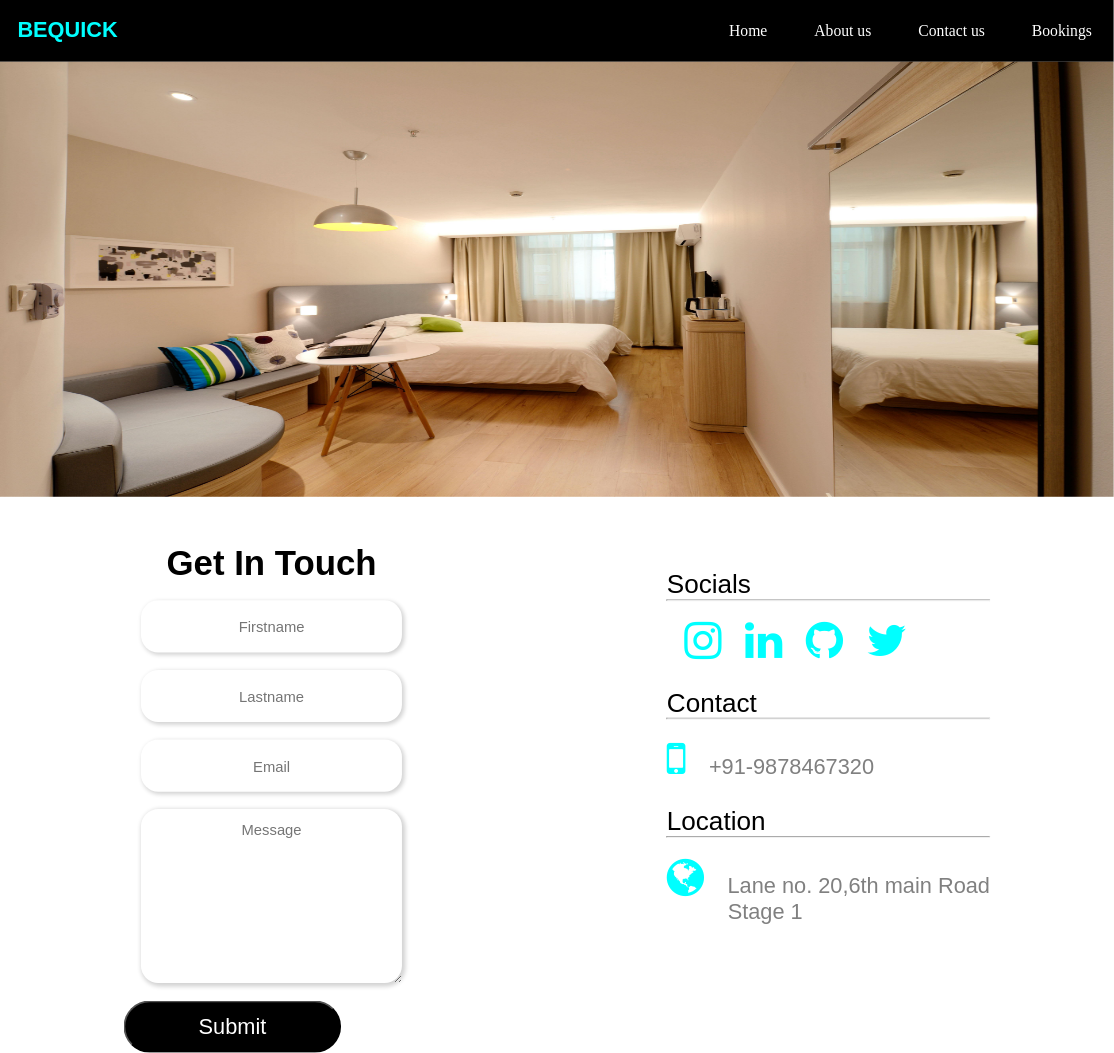
Repository: Ayushi6Sharma/BEQUICK_Hotel_Booking_Web
Page: about.html
An editor plug-in stored every save of this project. The page is shown before and after the next save, followed by the edit.
The browser window is 1280 px wide. The pictures show the whole page, at 87% of full size.

Above is the page before, as saved 2022-05-10 01:27:01.

### about.html
<!DOCTYPE html>
<html lang="en">
<head>
    <meta charset="UTF-8">
    <meta http-equiv="X-UA-Compatible" content="IE=edge">
    <meta name="viewport" content="width=device-width, initial-scale=1.0">
    <link rel="stylesheet" href="https://stackpath.bootstrapcdn.com/font-awesome/4.7.0/css/font-awesome.min.css" integrity="sha384-wvfXpqpZZVQGK6TAh5PVlGOfQNHSoD2xbE+QkPxCAFlNEevoEH3Sl0sibVcOQVnN" crossorigin="anonymous">
    <link rel="stylesheet" href="./style/style.css">
    <link rel="stylesheet" href="./style/aboutstyle.css">
    <title>About us</title>
</head>
<body>
    <main>
        <nav class="nav">
            <ul class="nav-list">
                <span class="logo">BEQUICK</span>
                <li><a href="#">Home</a></li>
                <li><a href="#">About us</a></li>
                <li><a href="#">Contact us</a></li>
                <li><a href="#">Bookings</a></li>
            </ul>
        </nav>
        <!-- section 1 -->
        <section>
            <div class="hotel-main-image">
                <!-- <div class="bookings-btn">Bookings</div> -->
                <img src="./images/hotel-img-2.jpg" class="hotel-img-2">
            </div>
        </section>
        <!-- section 2 -->
        <section>
            <div class="aboutflex">
                <div>
                    <div class="form-heading">Get In Touch</div>
                    <div class="contact-form">
                        <form action="#" method="POST">
                            <label for="firstname"></label>
                            <input type="text" name="firstname" id="firstname" placeholder="Firstname">
                            <label for="lastname"></label>
                            <input type="text" name="lastname" id="lastname"  placeholder="Lastname">
                            <label for="email"></label>
                            <input type="text" name="email" id="email"  placeholder="Email">
                            <label for="message"></label>
                            <textarea id="message" name="message" placeholder="Message"></textarea>
                            <button type="submit" class="submit">Submit</button>
                        </form>
                    </div>
                </div>
                <div class="address">
                    <div class="contact-info-heading">
                        Socials
                        <hr/>
                        <div class="about-social-contact">
                            <a href="#"><i class="fa fa-instagram fa-2x"></i></a>
                            <a href="#"><i class="fa fa-linkedin fa-2x"></i></a>
                            <a href="#"><i class="fa fa-github fa-2x"></i></a>
                            <a href="#"><i class="fa fa-twitter fa-2x"></i></a>
                        </div>
                    </div>
                    <div class="contact-info-heading">
                        Contact
                    <hr/>
                        <div class="about-contact">
                            <i class="fa fa-mobile fa-2x"></i>
                            <span class="about-contact-content">
                                +91-9878467320
                            </span>
                        </div>
                    </div>
                    <div class="contact-info-heading">
                        Location
                    <hr/>
                        <div class="about-Location">
                            <i class="fa fa-globe fa-2x"></i>
                            <span class="about-location-content">
                                Lane no. 20,6th main Road
                                <br/><span class="about-location-content-br">Stage 1
                            </span>
                        </div>
                    </div>
                </div>
            </div>
        </section>
    </main>
</body>
</html>

### style/style.css
*
{
    padding: 0px;
    margin: 0px;
    box-sizing: border-box;
}
/* nav */
.nav
{
    background-color: black;
}
.nav-list
{
    list-style-type:none;
    width: 100%;
    text-align: end;
}
.nav-list > li
{
    display: inline-block;
    padding: 25px;
    font-size: 18px;
}
.nav-list li a
{
    text-decoration: none;
    color:white;
}
.nav-list li a:hover
{
    color: aquamarine;
}
.logo
{
    padding: 20px;
    color:aqua;
    float: left;
    font-size: 25px;
    font-weight: bolder;
    font-family: sans-serif;
}
/* section 1 */
/* main image */
.hotel-img-2
{
    width: 100%;
    height:500px;
}
hotel-main-image
{
    position: relative;
}
/* .bookings-btn
{
    width:250px;
    height: 60px;
    background-color: black;
    color:white;
    border-radius: 40px;
    text-align: center;
    padding-top: 15px;
    font-size:25px;
    font-family: sans-serif;
    position: absolute;
} */

/* section 2 */
.flex1-container1
{
    display: flex;
    flex-direction: row;
    flex-wrap: wrap;
    margin-top: 40px;
    justify-content: space-around;
    align-content:space-around;
}
/* Facilities */
.section2-facilities
{
    text-align: center;
    margin-top:50px;
}
.main-facilities
{
    font-size: 60px;
    font-weight: bold;
    font-family: sans-serif;
}
.main-facilities-lower
{
    font-size: 30px;
    font-style: italic;
    color:grey;
}
.facilities
{
    width:300px;
    height:300px;
    text-align:center;
    border-radius: 40px;
    box-shadow: 3px 2px 10px 1px lightgrey;
}
.facilities i{
    margin-top: 25%;
    color:aqua;
}
.facilities-content
{   margin-top: 30px;
    font-size: 25px;
    font-family:sans-serif;
}
/* section 3 */
.about{
    margin-top: 50px;
    display: flex;
    flex-wrap: wrap;
    background-color:grey;
}
.about-image
{
    width:90%;
    height:400px;
}
.about-content-1
{
    font-size: 50px;
    font-weight: bold;
    font-family: sans-serif;
    color: white;
    font-style: italic;
    margin-top: 30px;
}
.about-content-2
{
    color:white;
    word-wrap: break-word;
    font-size: 20px;
    padding-top: 30px;
    margin-bottom: 20px;
}
.about-btn
{
    width:250px;
    height: 60px;
    background-color: aqua;
    color:white;
    border-radius: 40px;
    text-align: center;
    padding-top: 15px;
    font-size:25px;
    border: none;
    font-family: sans-serif;
    margin: auto;
}

/* section 4 */

.flex2-container2
{
    display: flex;
    justify-content: space-around;
    margin-top: 100px;
    text-align: center;
    align-content:space-around;
    flex-wrap: wrap;
}
.location
{
    width:300px;
    height:300px;
    text-align:center;
    border-radius: 40px;
    box-shadow: 3px 2px 10px 1px lightgrey;
}
.location i
{
    color:aqua;
    padding-top: 25%;
}
.location-content
{
    font-size: 22px;
    font-family:sans-serif;
    padding-top: 20px;
}

/* footer */
.footer{
    background-color: black;
}
.footer-flex
{
    display: flex;
    justify-content: space-around;
    margin-top: 50px;
}
.footer-list-heading
{
    font-weight: bold;
    font-size: 23px;
    font-family: sans-serif;
    color:aqua;
    margin-top:30px;
}
.footer-list > ul
{
    list-style-type: none;
    color:white;
    font-size: 20px;
}
.footer-list-1 >li
{
    padding-top:20px;
}
.footer-list-2 >li
{
    padding-top:20px;
}
.footer-list-3 i
{
    padding-top: 15px;
    color: white;
}
/* copyright */
.copyright
{
    text-align: center;
    color:white;
    font-family: sans-serif;
    font-weight: bold;
    font-style: italic;
    padding-bottom: 30px;
}

### style/aboutstyle.css
.aboutflex
{
    display: flex;
    justify-content: space-around;
}
/* forms */
.form-heading
{
    font-size: 40px;
    font-weight: bold;
    font-family: sans-serif;
    text-align: center;
    margin-top: 50px;
}
[type="text"]
{
    width:300px;
    height: 60px;
    border:none;
    outline: none;
    font-size: 20px;
    font-family: sans-serif;
    display: block;
    text-align: center;
    /* border:1px solid grey; */
    border-radius:20px;
    box-shadow:2px 2px 5px 1px lightgrey;
    margin:20px;
    padding: 15px;
}
::placeholder
{
    font-size: 17px;
}
textarea
{
    width:300px;
    height: 200px;
    border:none;
    outline: none;
    font-size: 20px;
    font-family: sans-serif;
    display: block;
    text-align: center;
    border-radius:20px;
    box-shadow:2px 2px 5px 2px lightgrey;
    margin:20px;
    padding: 15px;
}
.submit
{
    width:250px;
    height: 60px;
    background-color: black;
    color:white;
    border-radius: 40px;
    text-align: center;
    font-size:25px;
    font-family: sans-serif;
}
.submit:hover
{
    color:aqua;
    cursor: pointer;
}
/* address */
.address
{
    margin-top: 50px;
}
.address >div
{
    margin-top: 30px;
}
.social
{
    font-size: 30px;
    font-weight: bold;
    font-family: sans-serif;
}
.fa
{
    color:aqua;
}
.contact-info-heading
{
    font-size: 30px;
    font-family: sans-serif;
}
.contact-info-heading > div
{
    padding-top: 20px;
    color:grey;
    font-size: 25px;
}
.about-social-contact >a
{
    padding-left: 20px;
}
.about-contact-content
{
    padding-left: 20px;
}
.about-location-content
{
    padding: 20px;
}
.about-location-content-br
{
    padding-left: 70px;
}

After the next save:
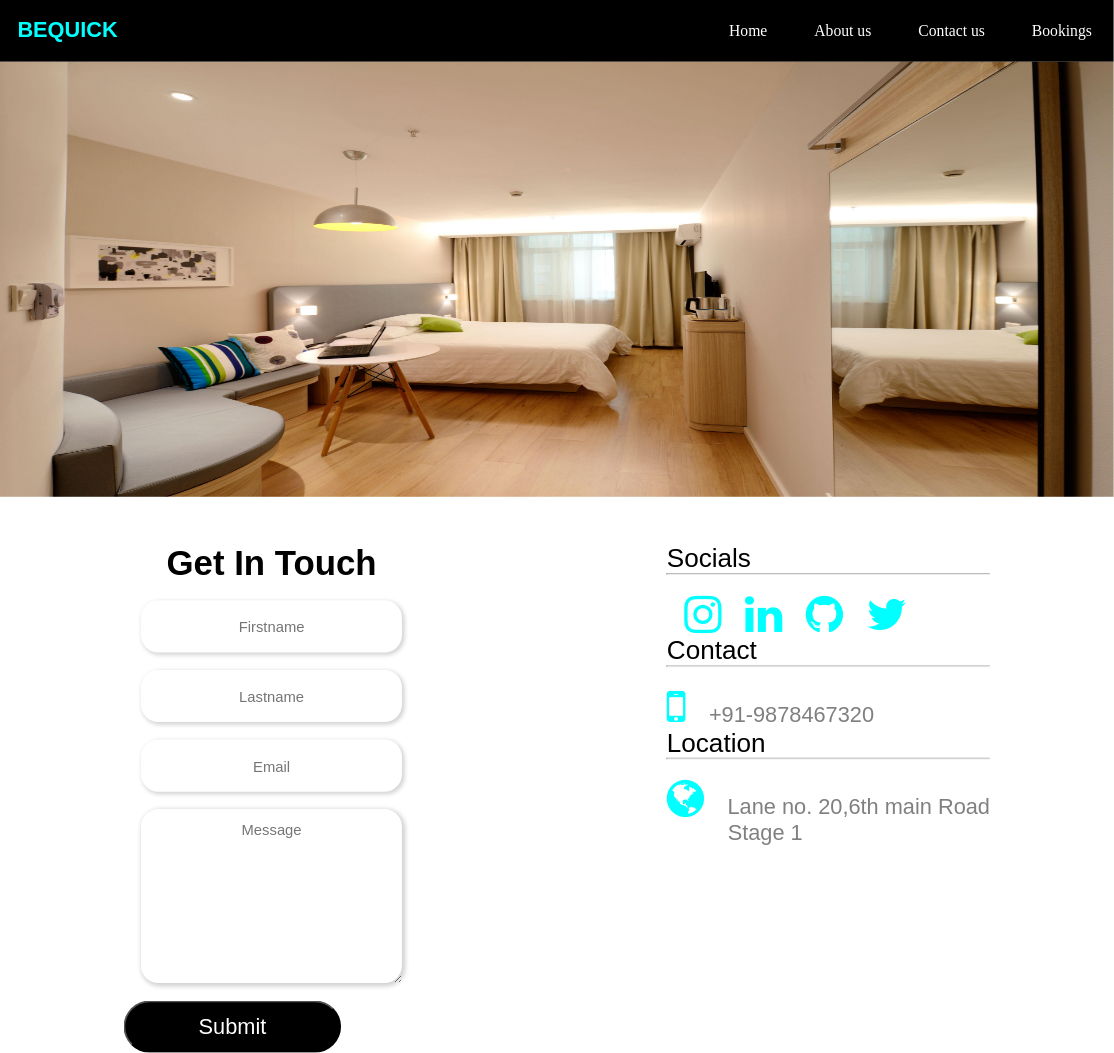
Saved 5 s later.
--- a/style/aboutstyle.css
+++ b/style/aboutstyle.css
@@ -68,10 +68,10 @@
 {
     margin-top: 50px;
 }
-.address >div
+/* .address >div
 {
     margin-top: 30px;
-}
+} */
 .social
 {
     font-size: 30px;

After the save that followed:
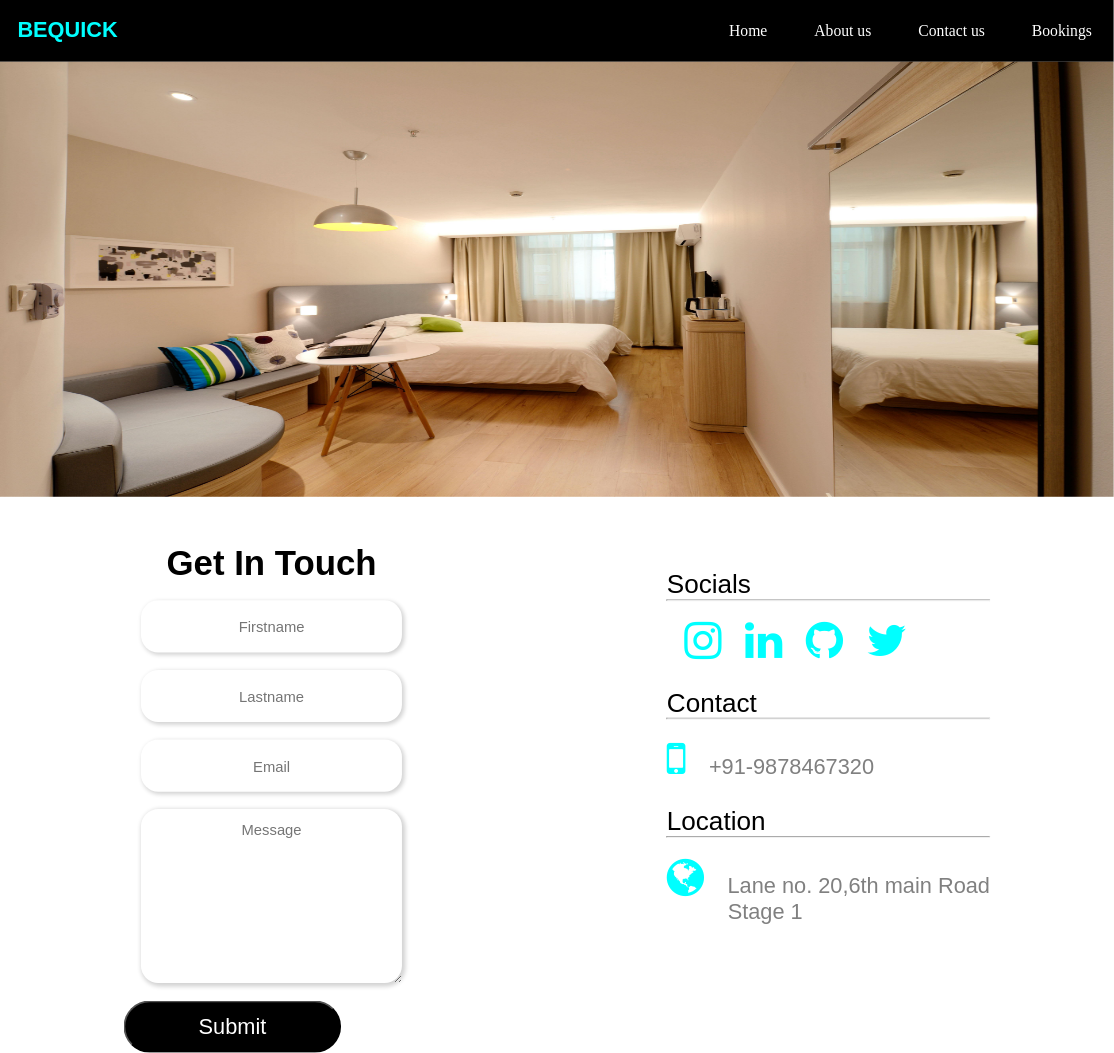
Saved 7 s later.
--- a/style/aboutstyle.css
+++ b/style/aboutstyle.css
@@ -68,10 +68,10 @@
 {
     margin-top: 50px;
 }
-/* .address >div
+.address >div
 {
     margin-top: 30px;
-} */
+}
 .social
 {
     font-size: 30px;
